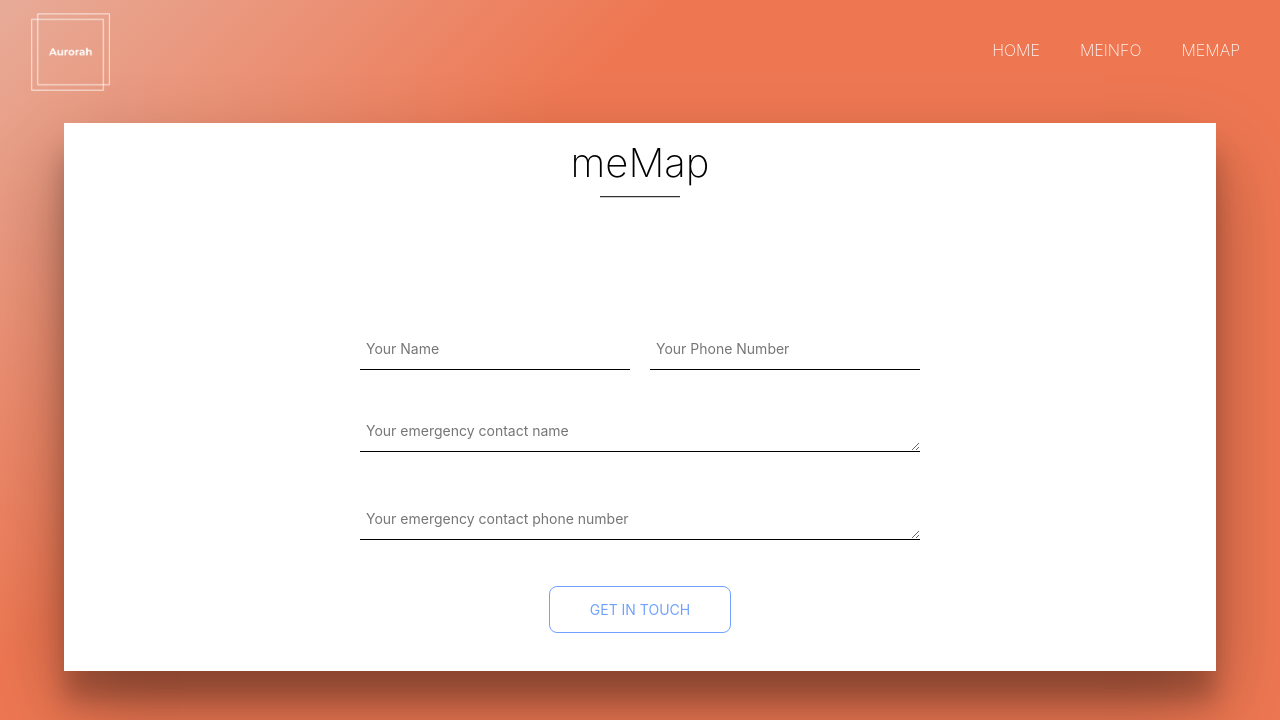
Repository: aasirvalji/saferMe
Page: /alt
The author's editor kept a copy of each file at every save. The page is drawn from the files as they stood at one save, then again after the next save.
The browser window is 1280 px wide. The pictures show the whole page.
An inner scrolling area shows only its first screen. The project was rebuilt for these pictures with package versions that can differ from the ones it lists, and the page was loaded fresh each time. Also part of the build but not shown: src/components/Landing.js, src/styles/Services.css, src/components/Services.js, src/styles/MapDisplay.css, src/mapStyles.js, src/components/MapDisplay.js, src/styles/AboutDisplay.css, src/components/AboutDisplay.js and 1 more.

Above is the page before, as saved 2020-02-15 11:58:57.

After the next save:
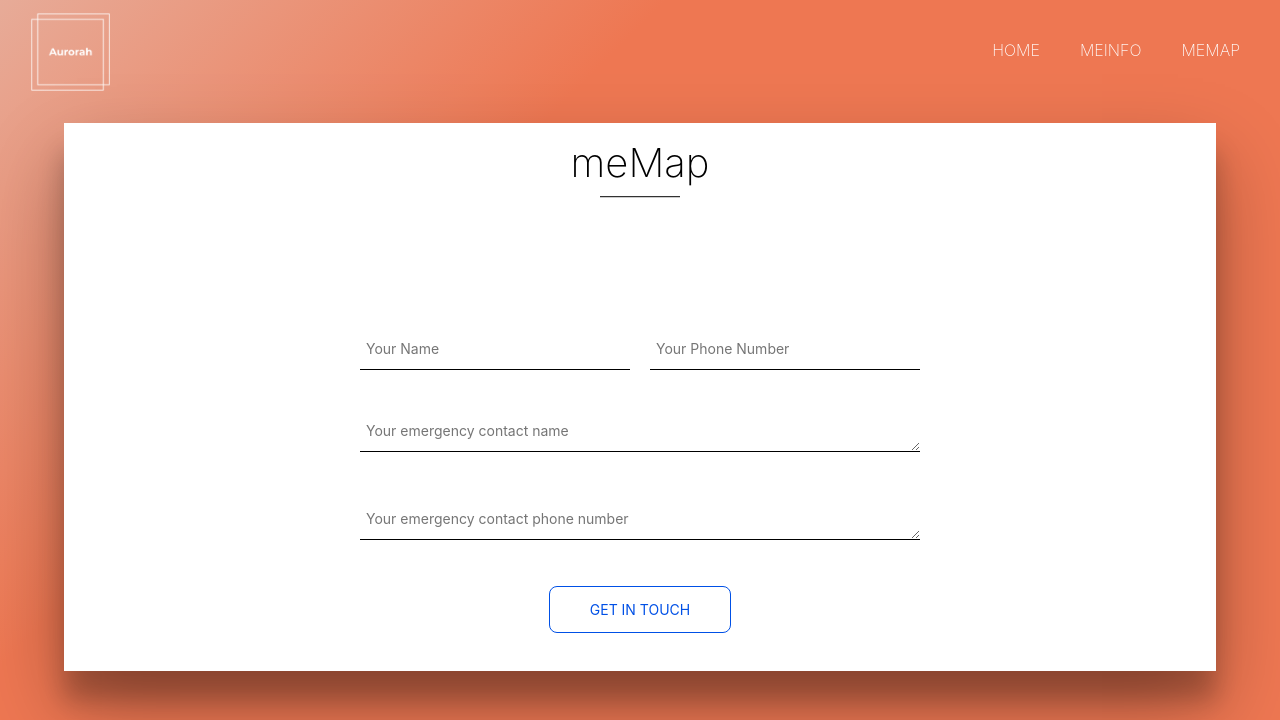
Saved 27 s later.
--- a/src/styles/AltDisplay.css
+++ b/src/styles/AltDisplay.css
@@ -172,8 +172,8 @@
 
   .contact-section button{
     background: none;
-    color: #70a1ff;
-    border: 1px solid #70a1ff;
+    color: #0050e6;
+    border: 1px solid #0050e6;
     padding: 12px 40px;
     border-radius: 8px;
     text-transform: uppercase;
